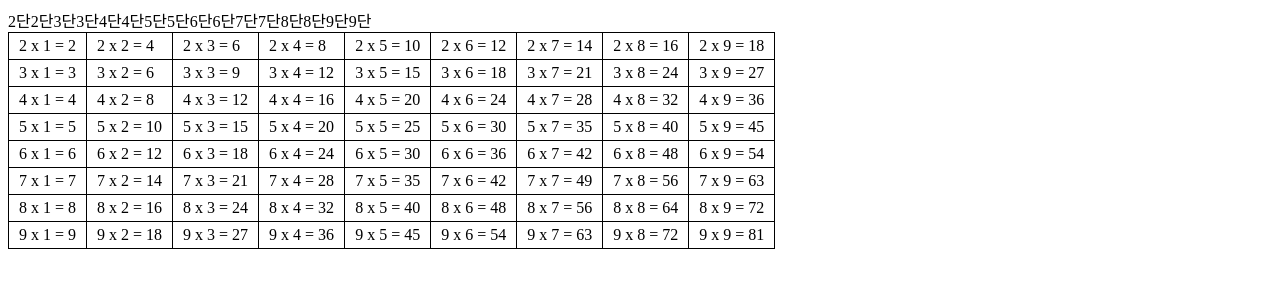
Repository: carnelli95/workspace_JSP
Page: http://localhost/MustHaveJSP/JSPMission/Gugudan2.jsp
The author's editor kept a copy of each file at every save. The page is drawn from the files as they stood at one save, then again after the next save.
The browser window is 1280 px wide. The pictures show the whole page.
The page is served by Tomcat 9. Other server files are loaded and not shown.

Above is the page before, as saved 2025-09-26 07:46:40.

### MustHaveJSP/src/main/webapp/JSPMission/Gugudan2.jsp
<%@ page language="java" contentType="text/html; charset=UTF-8"
    pageEncoding="UTF-8"%>
<!DOCTYPE html>
<html>
 <style>
 table {
 border:1px solid;
 border-collapse: collapse;
 }
 td, tr {
 border:1px solid;
 padding: 4px 10px;
 }
 .title {
 text-align: center;
 background-color: lightgray;
 }
 </style>
<head>
<meta charset="UTF-8">
<title>Insert title here</title>
</head>
<body>
<table>
	<%
		for(int i = 2; i <= 9; i++) {

			out.println("<tr>" + i + "단</tr>");
			out.println("<tr>" + i + "단</tr>");
			for(int j = 1; j <= 9; j++) {
				out.print("<td>" + i + " x " + j  + " = " + i * j + "</td>" + "\t");
			}
		}
	%>
</table>
</body>
</html>

After the next save:
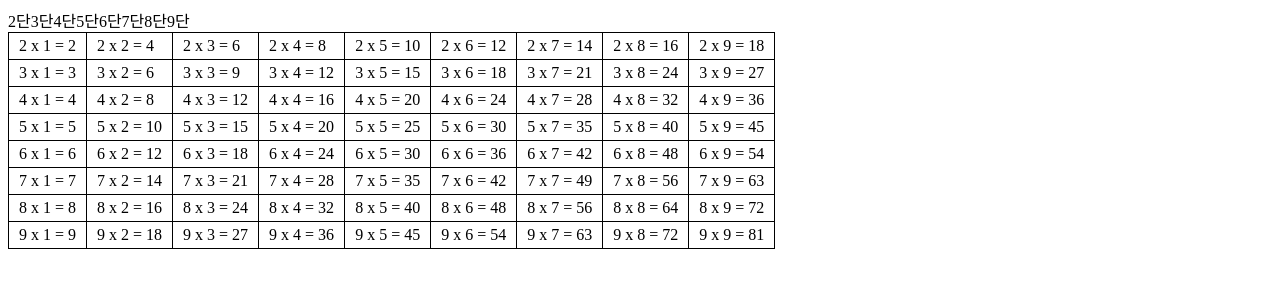
Saved 10 s later.
--- a/MustHaveJSP/src/main/webapp/JSPMission/Gugudan2.jsp
+++ b/MustHaveJSP/src/main/webapp/JSPMission/Gugudan2.jsp
@@ -24,8 +24,6 @@
 <table>
 	<%
 		for(int i = 2; i <= 9; i++) {
-
-			out.println("<tr>" + i + "단</tr>");
 			out.println("<tr>" + i + "단</tr>");
 			for(int j = 1; j <= 9; j++) {
 				out.print("<td>" + i + " x " + j  + " = " + i * j + "</td>" + "\t");
